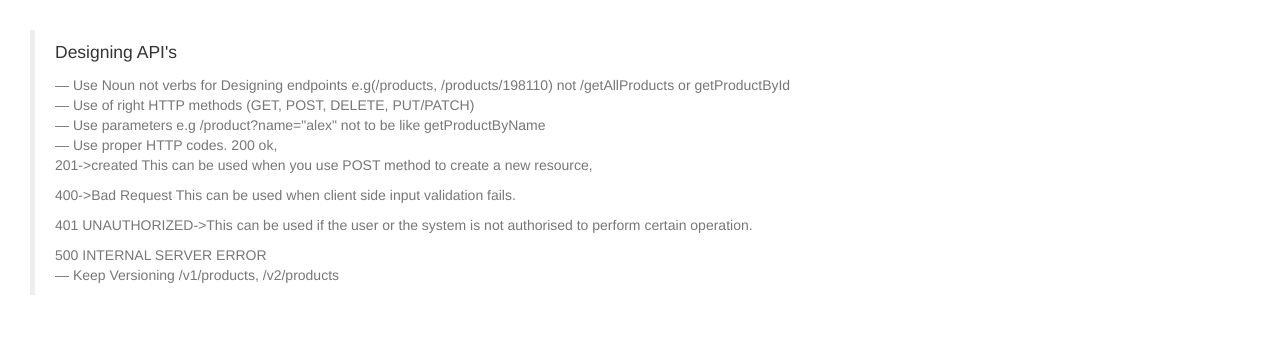
Repository: rahil001/preparation
Page: javascriptPrac/ApiDesign.html
The author's editor kept a copy of each file at every save. The page is drawn from the files as they stood at one save, then again after the next save.
The browser window is 1280 px wide. The pictures show the whole page.

Above is the page before, as saved 2019-10-29 22:35:55.

### javascriptPrac/ApiDesign.html
<!DOCTYPE html>
<html lang="en">
<head>
    <meta charset="UTF-8">
    <title>getting started with javascript</title>
    <link rel="stylesheet" href="https://maxcdn.bootstrapcdn.com/bootstrap/3.3.7/css/bootstrap.min.css  ">
    <style>
        body, .jumbotron{
            padding: 30px;
        }
        .text-giant{
            font-size: 40px;
        }
        .singleT {
            margin-top: 40px;
        }
    </style>
</head>
<body>
<div class>
    <blockquote class="blockquote">
        <p class="mb-0">Designing API's</p>
        <footer class="blockquote-footer">Use Noun not verbs for Designing endpoints e.g(/products, /products/198110) not /getAllProducts or getProductById</footer>
        <footer class="blockquote-footer">Use of right HTTP methods (GET, POST, DELETE, PUT/PATCH)</footer>
        <footer class="blockquote-footer">Use parameters e.g /product?name="alex" not to be like getProductByName</footer>
        <footer class="blockquote-footer">Use proper HTTP codes. 200 ok,
            <p>201->created This can be used when you use POST method to create a new resource,</p>
            <p>400->Bad Request This can be used when client side input validation fails.</p>
            <p>401 UNAUTHORIZED->This can be used if the user or the system is not authorised to perform certain operation.</p>
            <p>500 INTERNAL SERVER ERROR</p>
        </footer>
        <footer class="blockquote-footer">Keep Versioning /v1/products, /v2/products</footer>
    </blockquote>
</div>
<script src="app.js"></script>
</body>
</html>

Loaded but not shown: javascriptPrac/app.js (no copy from this time; the picture is the same without it)

After the next save:
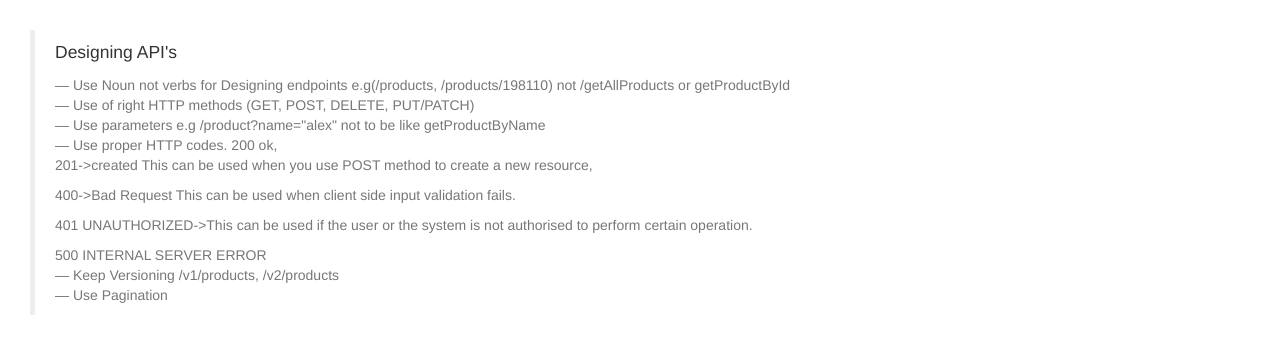
Saved 21 s later.
--- a/javascriptPrac/ApiDesign.html
+++ b/javascriptPrac/ApiDesign.html
@@ -30,6 +30,7 @@
             <p>500 INTERNAL SERVER ERROR</p>
         </footer>
         <footer class="blockquote-footer">Keep Versioning /v1/products, /v2/products</footer>
+        <footer class="blockquote-footer">Use Pagination</footer>
     </blockquote>
 </div>
 <script src="app.js"></script>
